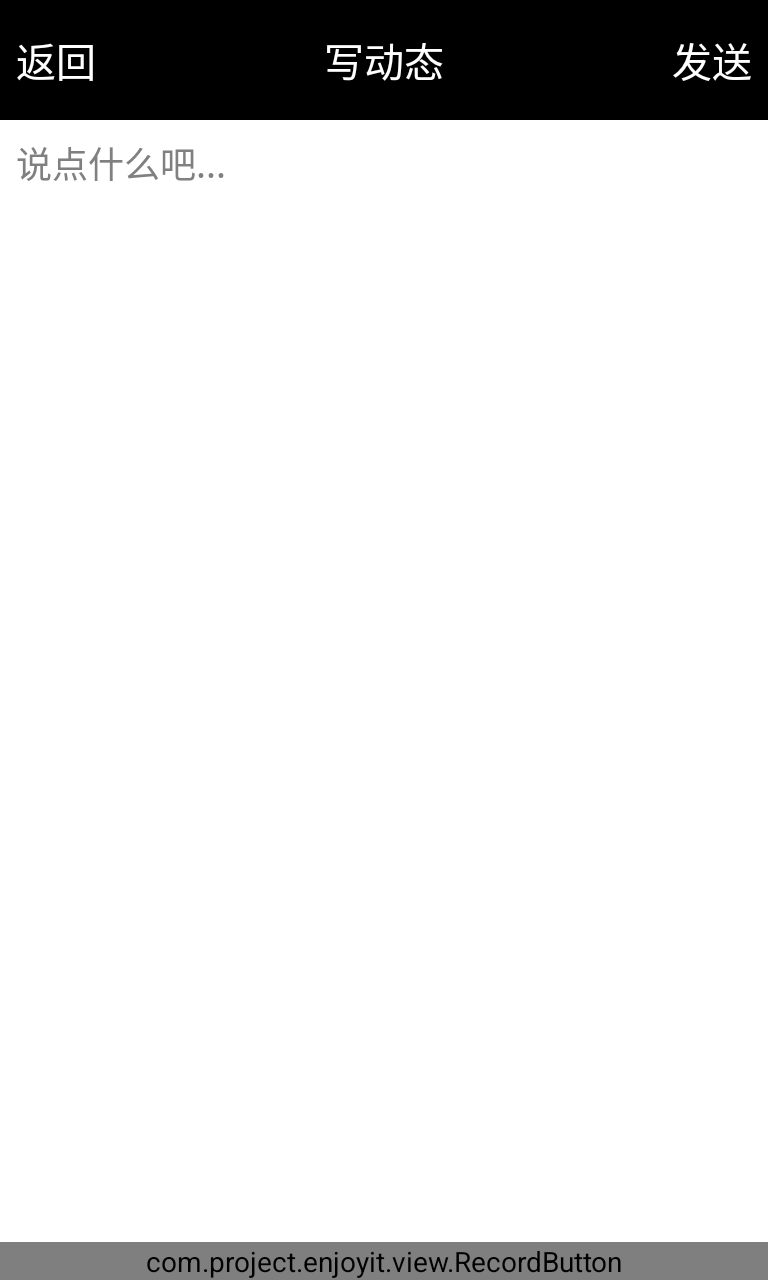
Repository: fatio/Nower
Layout: Android_Client_Source/EnjoyIt/res/layout/activity_send_shows.xml
An editor plug-in stored every save of this project. The layout is shown before and after the next save, followed by the edit.
Pictures or frames that could not be fetched are drawn as grey boxes. It is drawn on a 768 x 1280 px phone screen (xhdpi) without system bars, with theme AppTheme; the app's code is not run. Lists and similar views that code fills are empty.

Above is the layout before, as saved 2015-12-27 04:34:43.

### Android_Client_Source/EnjoyIt/res/layout/activity_send_shows.xml
<?xml version="1.0" encoding="utf-8"?>
<LinearLayout xmlns:android="http://schemas.android.com/apk/res/android"
    android:layout_width="match_parent"
    android:layout_height="match_parent"
    android:background="#ffffff"
    android:orientation="vertical" >

    <RelativeLayout
        android:layout_width="match_parent"
        android:layout_height="60dp"
        android:background="@color/black" >

        <TextView
            android:id="@+id/tv_back"
            android:layout_width="wrap_content"
            android:layout_height="40dp"
            android:layout_alignParentLeft="true"
            android:layout_centerVertical="true"
            android:layout_marginLeft="8dp"
            android:gravity="center"
            android:text="返回"
            android:textColor="@drawable/text_while"
            android:textSize="20sp" />

        <TextView
            android:layout_width="wrap_content"
            android:layout_height="wrap_content"
            android:layout_centerInParent="true"
            android:text="写动态"
            android:textColor="#ffffff"
            android:textSize="20sp" />

        <TextView
            android:id="@+id/tv_send"
            android:layout_width="wrap_content"
            android:layout_height="40dp"
            android:layout_alignParentRight="true"
            android:layout_centerVertical="true"
            android:layout_marginRight="8dp"
            android:gravity="center"
            android:text="发送"
            android:textColor="@drawable/text_while"
            android:textSize="20sp" />
    </RelativeLayout>

    <EditText
        android:id="@+id/et_content"
        android:layout_width="fill_parent"
        android:layout_height="100dp"
        android:layout_margin="8dp"
        android:background="@null"
        android:gravity="left|top"
        android:hint="说点什么吧..." >
    </EditText>

    <GridView
        android:id="@+id/gv_gridview"
        android:layout_width="290dp"
        android:layout_height="350dp"
        android:layout_marginLeft="5dp"
        android:layout_weight="1"
        android:horizontalSpacing="3dp"
        android:numColumns="4"
        android:scrollbars="none"
        android:verticalSpacing="5dp" >
    </GridView>

    <FrameLayout
        android:layout_width="fill_parent"
        android:layout_height="wrap_content" >

        <LinearLayout
            android:id="@+id/ll_ctrl"
            android:layout_width="fill_parent"
            android:layout_height="wrap_content"
            android:layout_gravity="bottom|center_horizontal"
            android:orientation="horizontal"
            android:visibility="gone" >

            <TextView
                android:id="@+id/tv_play_pause"
                android:layout_width="0dp"
                android:layout_height="wrap_content"
                android:layout_marginLeft="5dp"
                android:layout_marginRight="5dp"
                android:layout_marginBottom="5sp"
                android:layout_weight="1"
                android:background="@drawable/imageview_btn_item_selector"
                android:gravity="center"
                android:text="播放录音"
                android:textSize="20sp" />

            <TextView
                android:id="@+id/tv_delete"
                android:layout_width="0dp"
                android:layout_height="wrap_content"
                android:layout_marginLeft="5dp"
                android:layout_marginRight="5dp"
                android:layout_weight="1"
                android:background="@drawable/imageview_btn_item_selector"
                android:gravity="center"
                android:layout_marginBottom="5sp"
                android:text="删除录音"
                android:textSize="20sp" />
        </LinearLayout>

        <com.project.enjoyit.view.RecordButton
            android:id="@+id/record_button"
            android:layout_width="fill_parent"
            android:layout_height="wrap_content"
            android:layout_gravity="bottom|center_horizontal"
            android:background="@drawable/imageview_btn_item_selector"
            android:text="按住录音" />
    </FrameLayout>

</LinearLayout>

### Android_Client_Source/EnjoyIt/res/values/styles.xml
<resources>
    <style name="like_toast_dialog_style">
        <item name="android:windowFrame">@null</item>
        <item name="android:windowIsFloating">true</item>
        <item name="android:windowIsTranslucent">true</item>
        <item name="android:windowNoTitle">true</item>
        <item name="android:backgroundDimEnabled">false</item>
        <item name="android:windowContentOverlay">@null</item>
        <item name="android:windowBackground">@drawable/round_background</item>
    </style>
    <style name="AnimBottom" parent="@android:style/Animation">
        <item name="android:windowEnterAnimation">@anim/push_bottom_in</item>
        <item name="android:windowExitAnimation">@anim/push_bottom_out</item>
    </style>

    <style name="PopupAnimation3" parent="android:Animation">
        <item name="android:windowEnterAnimation">@anim/push_bottom_in</item>
        <item name="android:windowExitAnimation">@anim/push_bottom_out</item>
    </style>

    <style name="PopupAnimation" mce_bogus="1" parent="android:Animation">
        <item name="android:windowEnterAnimation">@anim/activity_translate_in</item>
        <item name="android:windowExitAnimation">@anim/activity_translate_out</item>
    </style>

    <style name="PopupAnimation1" mce_bogus="1" parent="android:Animation">
        <item name="android:windowEnterAnimation">@anim/popup_enter</item>
        <item name="android:windowExitAnimation">@anim/popup_exit</item>
    </style>
    <!--
        Base application theme, dependent on API level. This theme is replaced
        by AppBaseTheme from res/values-vXX/styles.xml on newer devices.

    -->
    <style name="AppBaseTheme" parent="android:Theme.Light">
        <!--
            Theme customizations available in newer API levels can go in
            res/values-vXX/styles.xml, while customizations related to
            backward-compatibility can go here.

        -->
    </style>

    <!-- Application theme. -->
    <style name="AppTheme" parent="AppBaseTheme">
        <!-- All customizations that are NOT specific to a particular API-level can go here. -->
    </style>

</resources>

### Android_Client_Source/EnjoyIt/res/values/colors.xml
<?xml version="1.0" encoding="utf-8" ?>
 <resources>
         <color name="bg_black">#000000</color>
    <color name="bg_white">#FFFFFF</color>
    <color name="bg_topbar">#FCFCFC</color>
    <color name="bg_gray">#00F1F1F1</color>
    <color name="bar_color">#232325</color>

    <color name="black2">#ffeeeeee</color>
    <color name="text_gray">#8D7A71</color>
    <color name="text_white">#FFFFFF</color>
    <color name="text_yellow">#FFC800</color>
    <color name="text_topbar">#694E42</color>
    <color name="div_white">#E5E5E5</color>
    <color name="puple">#d500f9</color>



 <color name="white">#ffffff</color><!--白色 -->
 <color name="ivory">#fffff0</color><!--象牙色 -->
 <color name="lightyellow">#ffffe0</color><!--亮黄色 -->
 <color name="yellow">#ffff00</color><!--黄色 -->
 <color name="snow">#fffafa</color><!--雪白色 -->
 <color name="floralwhite">#fffaf0</color><!--花白色 -->
 <color name="lemonchiffon">#fffacd</color><!--柠檬绸色 -->
 <color name="cornsilk">#fff8dc</color><!--米绸色 -->
 <color name="seaShell">#fff5ee</color><!--海贝色 -->
 <color name="lavenderblush">#fff0f5</color><!--淡紫红 -->
 <color name="papayawhip">#ffefd5</color><!--番木色 -->
 <color name="blanchedalmond">#ffebcd</color><!--白杏色 -->
 <color name="mistyrose">#ffe4e1</color><!--浅玫瑰色 -->
 <color name="bisque">#ffe4c4</color><!--桔黄色 -->
 <color name="moccasin">#ffe4b5</color><!--鹿皮色 -->
 <color name="navajowhite">#ffdead</color><!--纳瓦白 -->
 <color name="peachpuff">#ffdab9</color><!--桃色 -->
 <color name="gold">#ffd700</color><!--金色 -->
 <color name="pink">#ffc0cb</color><!--粉红色 -->
 <color name="lightpink">#ffb6c1</color><!--亮粉红色 -->
 <color name="orange">#ffa500</color><!--橙色 -->
 <color name="lightsalmon">#ffa07a</color><!--亮肉色 -->
 <color name="darkorange">#ff8c00</color><!--暗桔黄色 -->
 <color name="coral">#ff7f50</color><!--珊瑚色 -->
 <color name="hotpink">#ff69b4</color><!--热粉红色 -->
 <color name="tomato">#ff6347</color><!--西红柿色 -->
 <color name="orangered">#ff4500</color><!--红橙色 -->
 <color name="deeppink">#ff1493</color><!--深粉红色 -->
 <color name="fuchsia">#ff00ff</color><!--紫红色 -->
 <color name="magenta">#ff00ff</color><!--红紫色 -->
 <color name="red">#ff0000</color><!--红色 -->
 <color name="oldlace">#fdf5e6</color><!--老花色 -->
 <color name="lightgoldenrodyellow">#fafad2</color><!--亮金黄色 -->
 <color name="linen">#faf0e6</color><!--亚麻色 -->
 <color name="antiquewhite">#faebd7</color><!--古董白 -->
 <color name="salmon">#fa8072</color><!--鲜肉色 -->
 <color name="ghostwhite">#f8f8ff</color><!--幽灵白 -->
 <color name="mintcream">#f5fffa</color><!--薄荷色 -->
 <color name="whitesmoke">#f5f5f5</color><!--烟白色 -->
 <color name="beige">#f5f5dc</color><!--米色 -->
 <color name="wheat">#f5deb3</color><!--浅黄色 -->
 <color name="sandybrown">#f4a460</color><!--沙褐色 -->
 <color name="azure">#f0ffff</color><!--天蓝色 -->
 <color name="honeydew">#f0fff0</color><!--蜜色 -->
 <color name="aliceblue">#f0f8ff</color><!--艾利斯兰 -->
 <color name="khaki">#f0e68c</color><!--黄褐色 -->
 <color name="lightcoral">#f08080</color><!--亮珊瑚色 -->
 <color name="palegoldenrod">#eee8aa</color><!--苍麒麟色 -->
 <color name="violet">#ee82ee</color><!--紫罗兰色 -->
 <color name="darksalmon">#e9967a</color><!--暗肉色 -->
 <color name="lavender">#e6e6fa</color><!--淡紫色 -->
 <color name="lightcyan">#e0ffff</color><!--亮青色 -->
 <color name="burlywood">#deb887</color><!--实木色 -->
 <color name="plum">#dda0dd</color><!--洋李色 -->
 <color name="gainsboro">#dcdcdc</color><!--淡灰色 -->
 <color name="crimson">#dc143c</color><!--暗深红色 -->
 <color name="palevioletred">#db7093</color><!--苍紫罗兰色 -->
 <color name="goldenrod">#daa520</color><!--金麒麟色 -->
 <color name="orchid">#da70d6</color><!--淡紫色 -->
 <color name="thistle">#d8bfd8</color><!--蓟色 -->
 <color name="lightgray">#d3d3d3</color><!--亮灰色 -->
 <color name="lightgrey">#d3d3d3</color><!--亮灰色 -->
 <color name="tan">#d2b48c</color><!--茶色 -->
 <color name="chocolate">#d2691e</color><!--巧可力色 -->
 <color name="peru">#cd853f</color><!--秘鲁色 -->
 <color name="indianred">#cd5c5c</color><!--印第安红 -->
 <color name="mediumvioletred">#c71585</color><!--中紫罗兰色 -->
 <color name="silver">#c0c0c0</color><!--银色 -->
 <color name="darkkhaki">#bdb76b</color><!--暗黄褐色 -->
 <color name="rosybrown">#bc8f8f</color><!--褐玫瑰红 -->
 <color name="mediumorchid">#ba55d3</color><!--中粉紫色 -->
 <color name="darkgoldenrod">#b8860b</color><!--暗金黄色 -->
 <color name="firebrick">#b22222</color><!--火砖色 -->
 <color name="powderblue">#b0e0e6</color><!--粉蓝色 -->
 <color name="lightsteelblue">#b0c4de</color><!--亮钢兰色 -->
 <color name="paleturquoise">#afeeee</color><!--苍宝石绿 -->
 <color name="greenyellow">#adff2f</color><!--黄绿色 -->
 <color name="lightblue">#add8e6</color><!--亮蓝色 -->
 <color name="darkgray">#a9a9a9</color><!--暗灰色 -->
 <color name="darkgrey">#a9a9a9</color><!--暗灰色 -->
 <color name="brown">#a52a2a</color><!--褐色 -->
 <color name="sienna">#a0522d</color><!--赭色 -->
 <color name="darkorchid">#9932cc</color><!--暗紫色 -->
 <color name="palegreen">#98fb98</color><!--苍绿色 -->
 <color name="darkviolet">#9400d3</color><!--暗紫罗兰色 -->
 <color name="mediumpurple">#9370db</color><!--中紫色 -->
 <color name="lightgreen">#90ee90</color><!--亮绿色 -->
 <color name="darkseagreen">#8fbc8f</color><!--暗海兰色 -->
 <color name="saddlebrown">#8b4513</color><!--重褐色 -->
 <color name="darkmagenta">#8b008b</color><!--暗洋红 -->
 <color name="darkred">#8b0000</color><!--暗红色 -->
 <color name="blueviolet">#8a2be2</color><!--紫罗兰蓝色 -->
 <color name="lightskyblue">#87cefa</color><!--亮天蓝色 -->
 <color name="skyblue">#87ceeb</color><!--天蓝色 -->
 <color name="gray">#808080</color><!--灰色 -->
 <color name="grey">#808080</color><!--灰色 -->
 <color name="olive">#808000</color><!--橄榄色 -->
 <color name="purple">#800080</color><!--紫色 -->
 <color name="maroon">#800000</color><!--粟色 -->
 <color name="aquamarine">#7fffd4</color><!--碧绿色 -->
 <color name="chartreuse">#7fff00</color><!--黄绿色 -->
 <color name="lawngreen">#7cfc00</color><!--草绿色 -->
 <color name="mediumslateblue">#7b68ee</color><!--中暗蓝色 -->
 <color name="lightslategray">#778899</color><!--亮蓝灰 -->
 <color name="lightslategrey">#778899</color><!--亮蓝灰 -->
 <color name="slategray">#708090</color><!--灰石色 -->
 <color name="slategrey">#708090</color><!--灰石色 -->
 <color name="olivedrab">#6b8e23</color><!--深绿褐色 -->
 <color name="slateblue">#6a5acd</color><!--石蓝色 -->
 <color name="dimgray">#696969</color><!--暗灰色 -->
 <color name="dimgrey">#696969</color><!--暗灰色 -->
 <color name="mediumaquamarine">#66cdaa</color><!--中绿色 -->
 <color name="cornflowerblue">#6495ed</color><!--菊兰色 -->
 <color name="cadetblue">#5f9ea0</color><!--军兰色 -->
 <color name="darkolivegreen">#556b2f</color><!--暗橄榄绿 -->
 <color name="indigo">#4b0082</color><!--靛青色 -->
 <color name="mediumturquoise">#48d1cc</color><!--中绿宝石 -->
 <color name="darkslateblue">#483d8b</color><!--暗灰蓝色 -->
 <color name="steelblue">#4682b4</color><!--钢兰色 -->
 <color name="royalblue">#4169e1</color><!--皇家蓝 -->
 <color name="turquoise">#40e0d0</color><!--青绿色 -->
 <color name="mediumseagreen">#3cb371</color><!--中海蓝 -->
 <color name="limegreen">#32cd32</color><!--橙绿色 -->
 <color name="darkslategray">#2f4f4f</color><!--暗瓦灰色 -->
 <color name="darkslategrey">#2f4f4f</color><!--暗瓦灰色 -->
 <color name="seagreen">#2e8b57</color><!--海绿色 -->
 <color name="forestgreen">#228b22</color><!--森林绿 -->
 <color name="lightseagreen">#20b2aa</color><!--亮海蓝色 -->
 <color name="dodgerblue">#1e90ff</color><!--闪兰色 -->
 <color name="midnightblue">#191970</color><!--中灰兰色 -->
 <color name="aqua">#00ffff</color><!--浅绿色 -->
 <color name="cyan">#00ffff</color><!--青色 -->
 <color name="springgreen">#00ff7f</color><!--春绿色 -->
 <color name="lime">#00ff00</color><!--酸橙色 -->
 <color name="mediumspringgreen">#00fa9a</color><!--中春绿色 -->
 <color name="darkturquoise">#00ced1</color><!--暗宝石绿 -->
 <color name="deepskyblue">#00bfff</color><!--深天蓝色 -->
 <color name="darkcyan">#008b8b</color><!--暗青色 -->
 <color name="teal">#008080</color><!--水鸭色 -->
 <color name="green">#008000</color><!--绿色 -->
 <color name="darkgreen">#006400</color><!--暗绿色 -->
 <color name="blue">#0000ff</color><!--蓝色 -->
 <color name="mediumblue">#0000cd</color><!--中兰色 -->
 <color name="darkblue">#00008b</color><!--暗蓝色 -->
 <color name="navy">#000080</color><!--海军色 -->
 <color name="black">#000000</color><!--黑色 -->
 <color name="transparent">#0000</color><!-- 透明 -->
 <color name="transparent2">#8000</color><!-- 透明 -->
 <!-- 上传图片添加的颜色 -->
 <color name="none_color">#00000000</color>
 <color name="plugin_camera_black">#000000</color>
 <color name="albumback">#E1E0DE</color>


 <color name="style_red">#ff4c41</color>
 <color name="style_divider_color">#C9C7CD</color>
 </resources>

### Android_Client_Source/EnjoyIt/res/drawable/imageview_btn_item_selector.xml
<?xml version="1.0" encoding="utf-8"?>
<selector xmlns:android="http://schemas.android.com/apk/res/android">

    <item android:drawable="@color/black2" android:state_pressed="true"><shape xmlns:android="http://schemas.android.com/apk/res/android">
            <solid android:color="#80858175" />

            <stroke android:width="2dip" android:color="#f5f5f5" />

            <corners android:radius="20dp" />
        </shape></item>
    <item android:state_pressed="false"><shape android:shape="rectangle">
            <solid android:color="#80858175" />

            <gradient android:angle="90" android:endColor="@color/white" android:startColor="@color/white" />

            <stroke android:width="1dip" android:color="#bdbdbd" />

            <corners android:radius="20dp" />
        </shape></item>

</selector><!--
solid设置填充颜色，颜色值以#80开头表示透明
stroke 设置边框宽度，颜色值
corners设置圆角
-->

Loaded but not shown: Android_Client_Source/EnjoyIt/res/values-v11/styles.xml (common file); Android_Client_Source/EnjoyIt/res/values-v14/styles.xml (common file); Android_Client_Source/EnjoyIt/res/drawable/text_while.xml (common file)

After the next save:
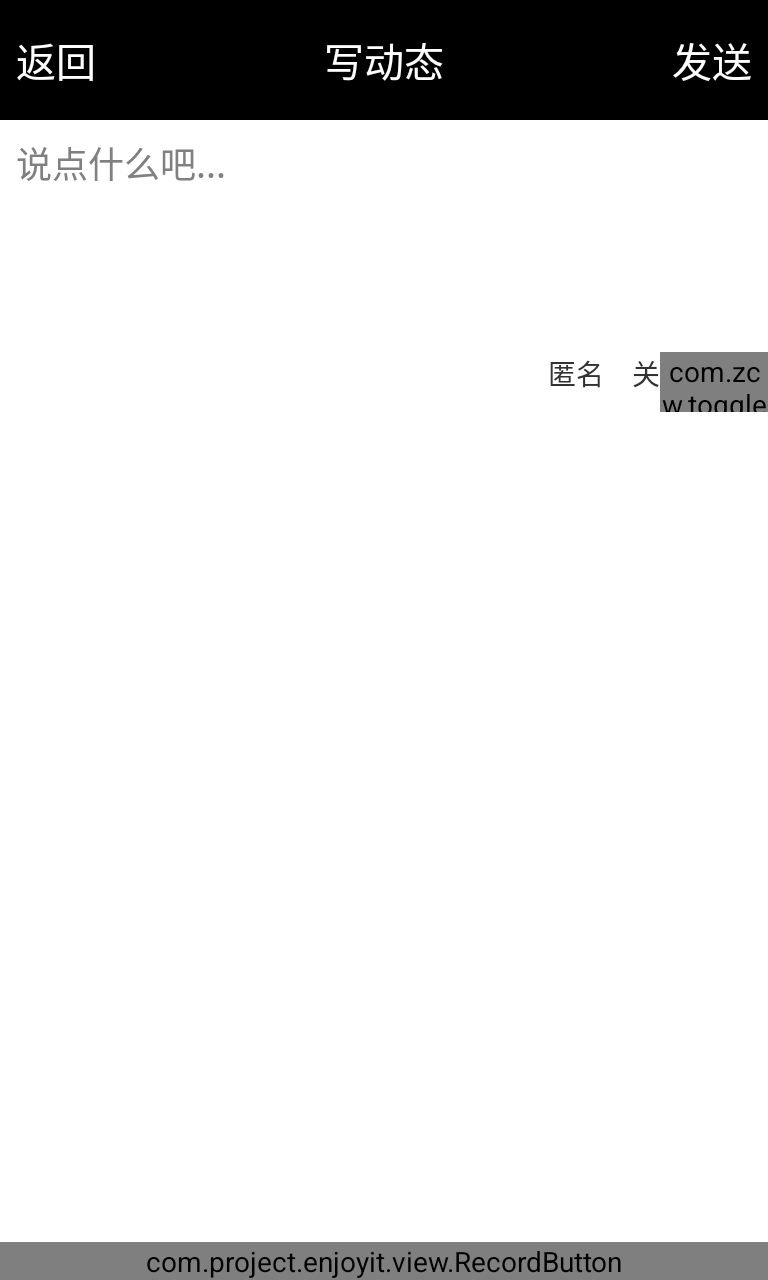
Saved 7 min 59 s later.
--- a/Android_Client_Source/EnjoyIt/res/layout/activity_send_shows.xml
+++ b/Android_Client_Source/EnjoyIt/res/layout/activity_send_shows.xml
@@ -1,5 +1,6 @@
 <?xml version="1.0" encoding="utf-8"?>
 <LinearLayout xmlns:android="http://schemas.android.com/apk/res/android"
+    xmlns:toggle="http://schemas.android.com/apk/res-auto"
     android:layout_width="match_parent"
     android:layout_height="match_parent"
     android:background="#ffffff"
@@ -53,6 +54,31 @@
         android:hint="说点什么吧..." >
     </EditText>
 
+    <RelativeLayout
+        android:layout_width="match_parent"
+        android:layout_height="wrap_content" >
+
+
+
+        <com.zcw.togglebutton.ToggleButton
+            android:id="@+id/tb_answitch"
+            android:layout_width="54dp"
+            android:layout_height="30dp"
+            toggle:borderWidth="2dp"
+            toggle:offBorderColor="#000"
+            toggle:offColor="#ddd"
+            toggle:onColor="#f00"
+            toggle:spotColor="#00f"
+            android:layout_alignParentRight="true" >
+        </com.zcw.togglebutton.ToggleButton>
+                    <TextView
+            android:id="@+id/tv_antext"
+            android:layout_width="wrap_content"
+            android:layout_height="wrap_content"
+            android:text="匿名　关"
+            android:layout_toLeftOf="@id/tb_answitch" />
+    </RelativeLayout>
+
     <GridView
         android:id="@+id/gv_gridview"
         android:layout_width="290dp"
@@ -81,9 +107,9 @@
                 android:id="@+id/tv_play_pause"
                 android:layout_width="0dp"
                 android:layout_height="wrap_content"
+                android:layout_marginBottom="5sp"
                 android:layout_marginLeft="5dp"
                 android:layout_marginRight="5dp"
-                android:layout_marginBottom="5sp"
                 android:layout_weight="1"
                 android:background="@drawable/imageview_btn_item_selector"
                 android:gravity="center"
@@ -94,12 +120,12 @@
                 android:id="@+id/tv_delete"
                 android:layout_width="0dp"
                 android:layout_height="wrap_content"
+                android:layout_marginBottom="5sp"
                 android:layout_marginLeft="5dp"
                 android:layout_marginRight="5dp"
                 android:layout_weight="1"
                 android:background="@drawable/imageview_btn_item_selector"
                 android:gravity="center"
-                android:layout_marginBottom="5sp"
                 android:text="删除录音"
                 android:textSize="20sp" />
         </LinearLayout>
